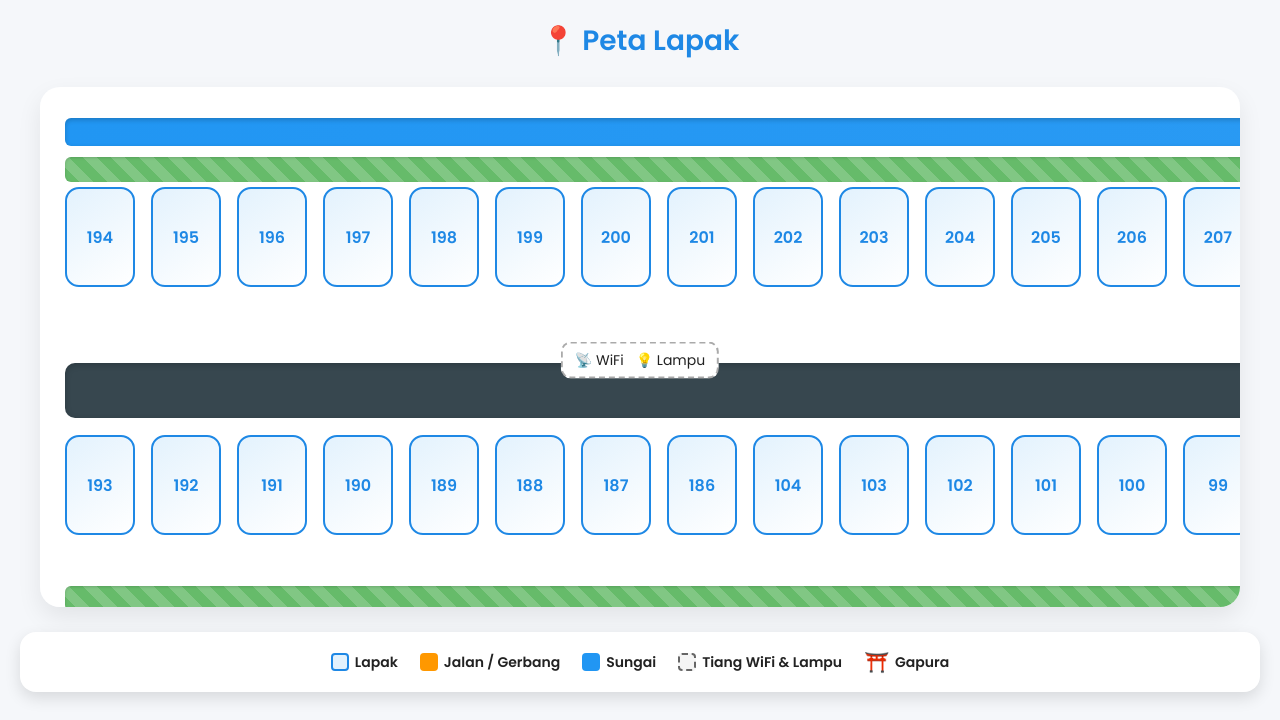
Repository: pasarrakyatbak/denah
Page: index.html
These files come from the project's save history. The page is drawn as it stood at one moment and after a run of saves; the edit follows.
The browser window is 1280 px wide. The pictures show the whole page.
An inner scrolling area shows only its first screen.

Above is the page before, as saved 2025-09-19 18:55:50.

After the next 2 saves:
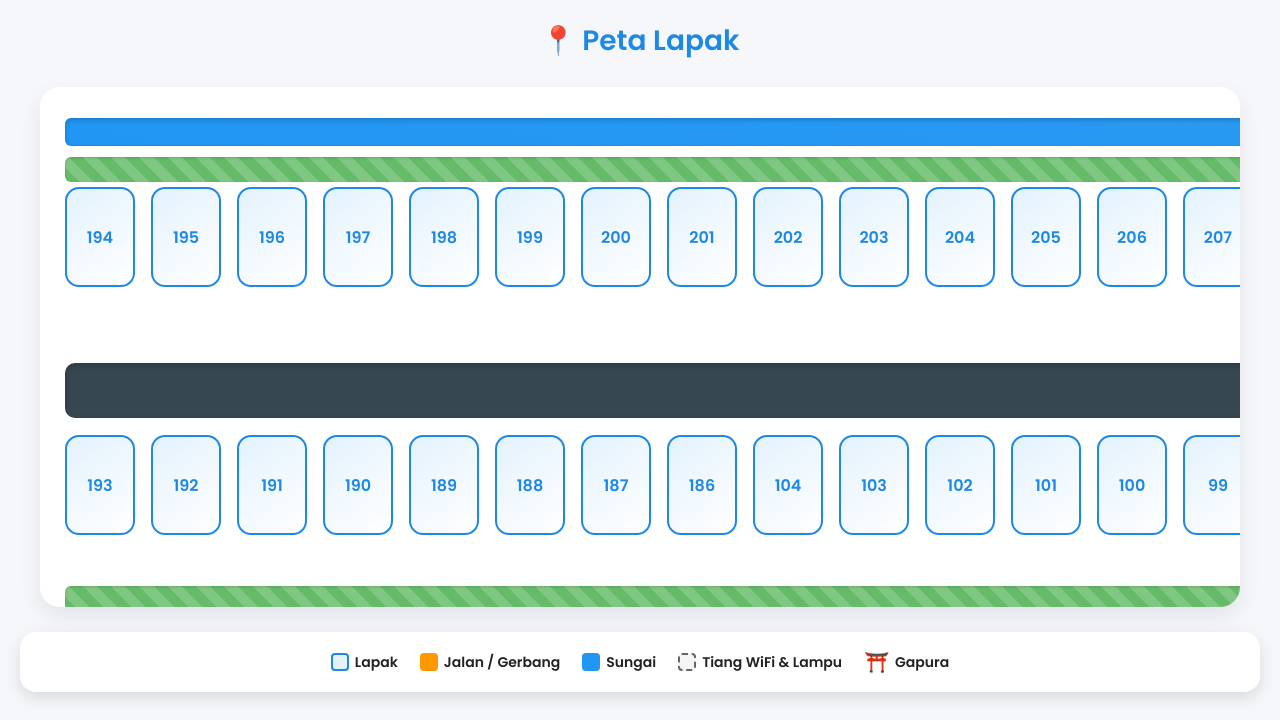
The 2 saves are shown as one change because they came seconds apart.
The last was saved 12 s later.
--- a/style.css
+++ b/style.css
@@ -320,22 +320,6 @@ h1 {
     margin: 6px 0;
 }
 
-
-/* Fasilitas */
-.fasilitas {
-  position: absolute;
-  top: 50%; /* tengah rumput */
-  transform: translate(-50%, -50%); /* biar benar2 center */
-  display: flex;
-  gap: 12px;
-  padding: 6px 12px;
-  border: 2px dashed #aaa;
-  border-radius: 10px;
-  background: #fff;
-  font-size: 14px;
-  z-index: 2;
-}
-
 /* Responsive */
 @media(max-width:900px) {
     .scroll-container {
